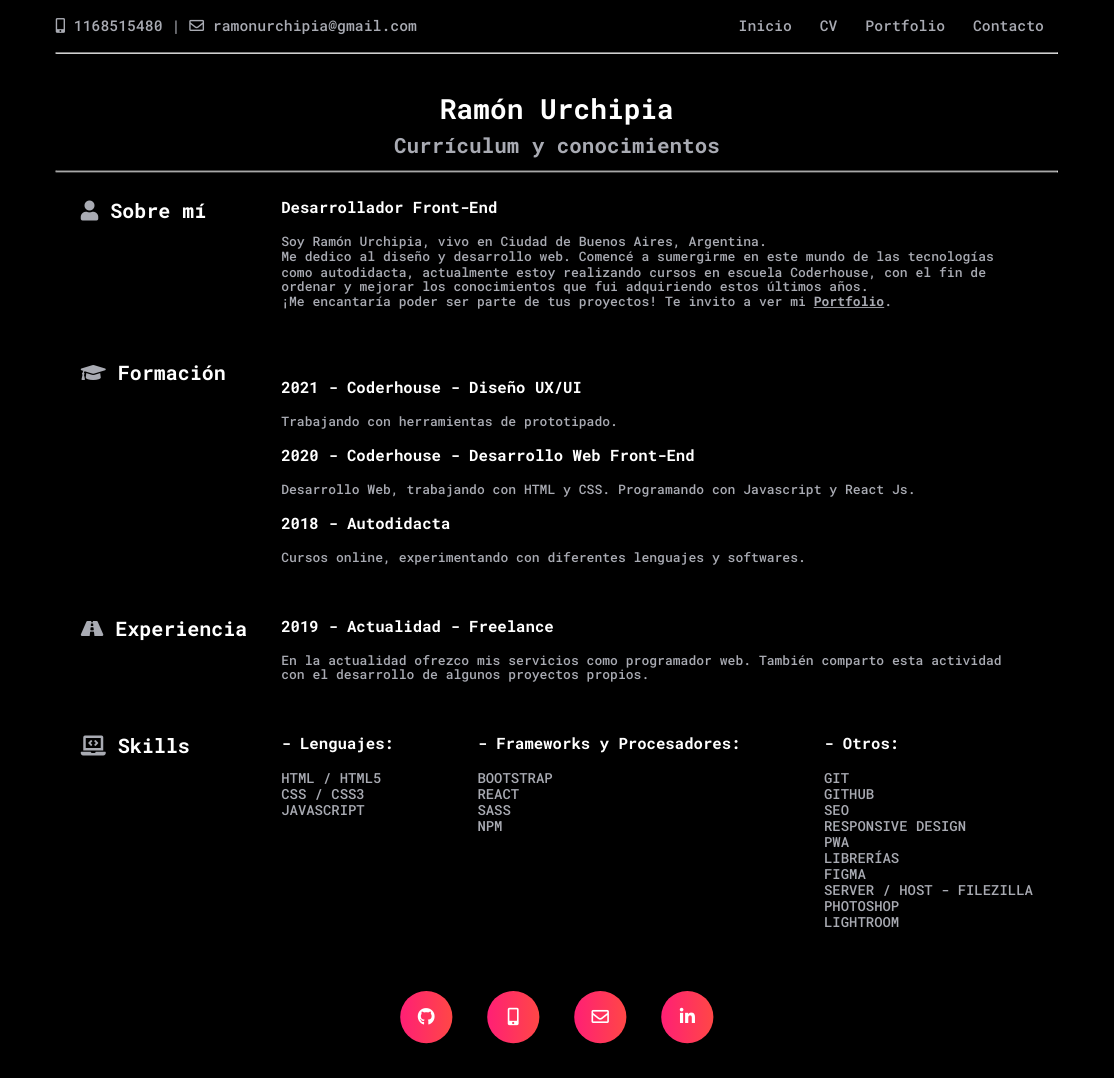
Repository: r-urchi/Portfolio
Page: curriculum.html
The author's editor kept a copy of each file at every save. The page is drawn from the files as they stood at one save, then again after the next save.
The browser window is 1280 px wide. The pictures show the whole page, at 87% of full size.
Some web libraries are served in a nearby version.

Above is the page before, as saved 2021-01-24 12:10:02.

After the next save:
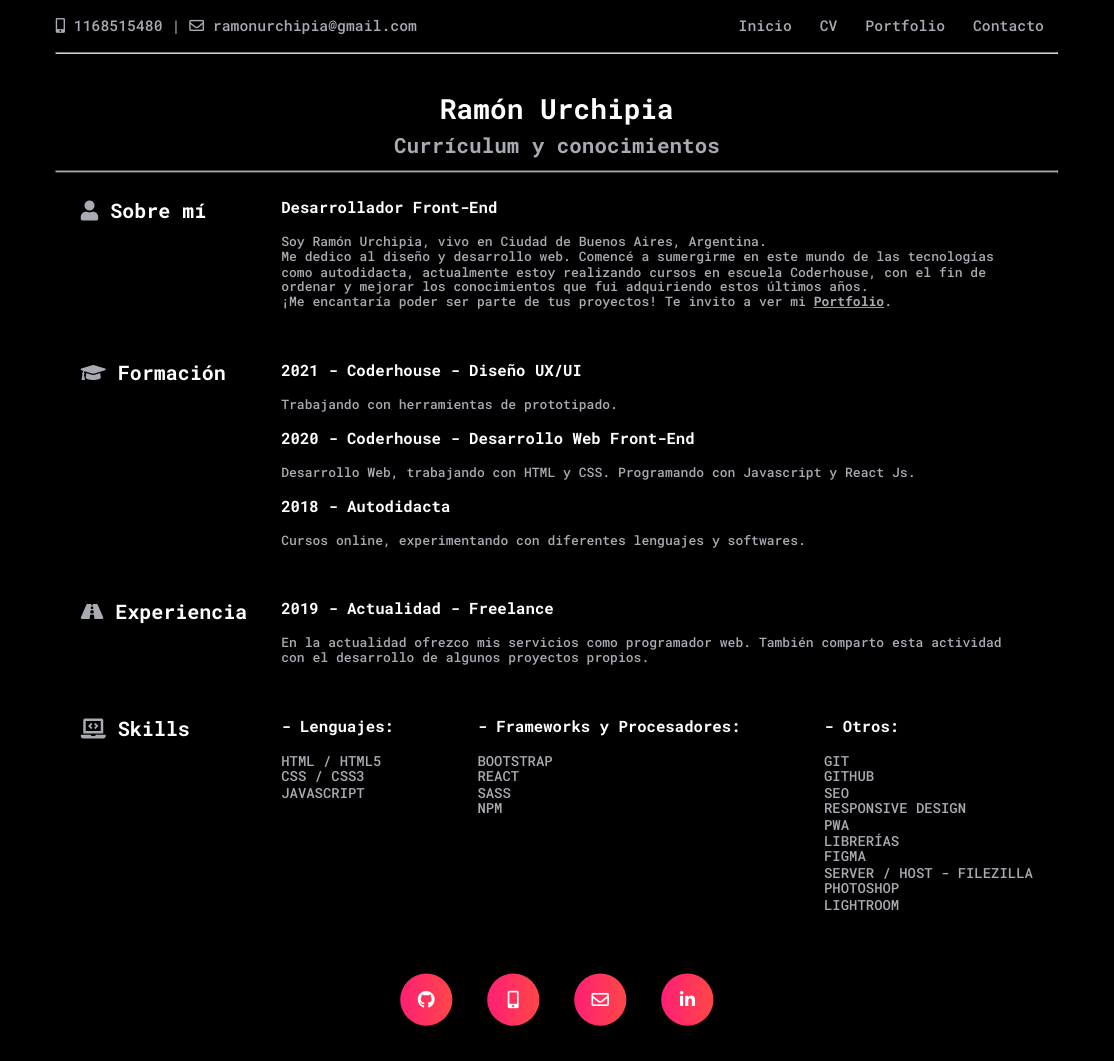
Saved 15 s later.
--- a/curriculum.html
+++ b/curriculum.html
@@ -72,7 +72,7 @@
         </div>
 
         <div class="curriculum__descripcion">
-          <h4 class="curriculum__segundo-titulo">2021 - Coderhouse - Diseño UX/UI</h4>
+          <h4 >2021 - Coderhouse - Diseño UX/UI</h4>
           <p>Trabajando con herramientas de prototipado.</p>
 
           <h4 class="curriculum__segundo-titulo">2020 - Coderhouse - Desarrollo Web Front-End</h4>
